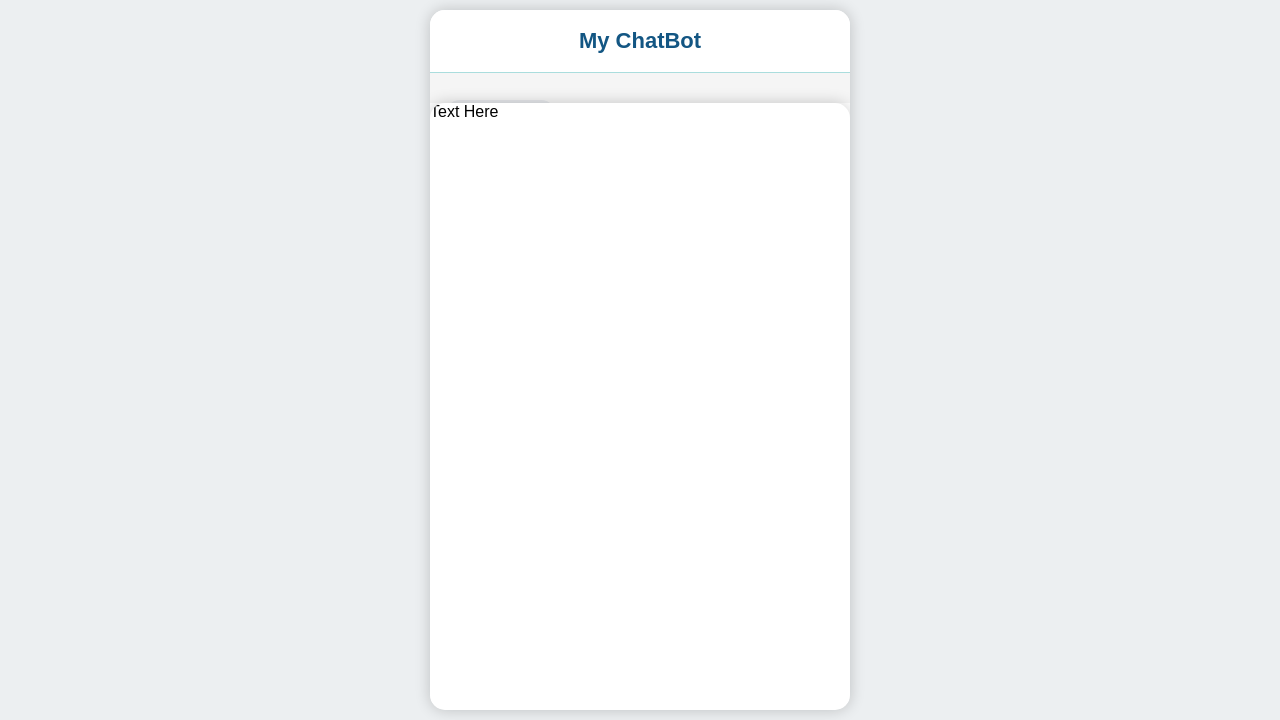
Repository: nt269782-web/Offline-ChatBot
Page: front.html
The author's editor kept a copy of each file at every save. The page is drawn from the files as they stood at one save, then again after a run of saves.
The browser window is 1280 px wide. The pictures show the whole page.

Above is the page before, as saved 2026-07-08 12:41:35.

After the next 2 saves:
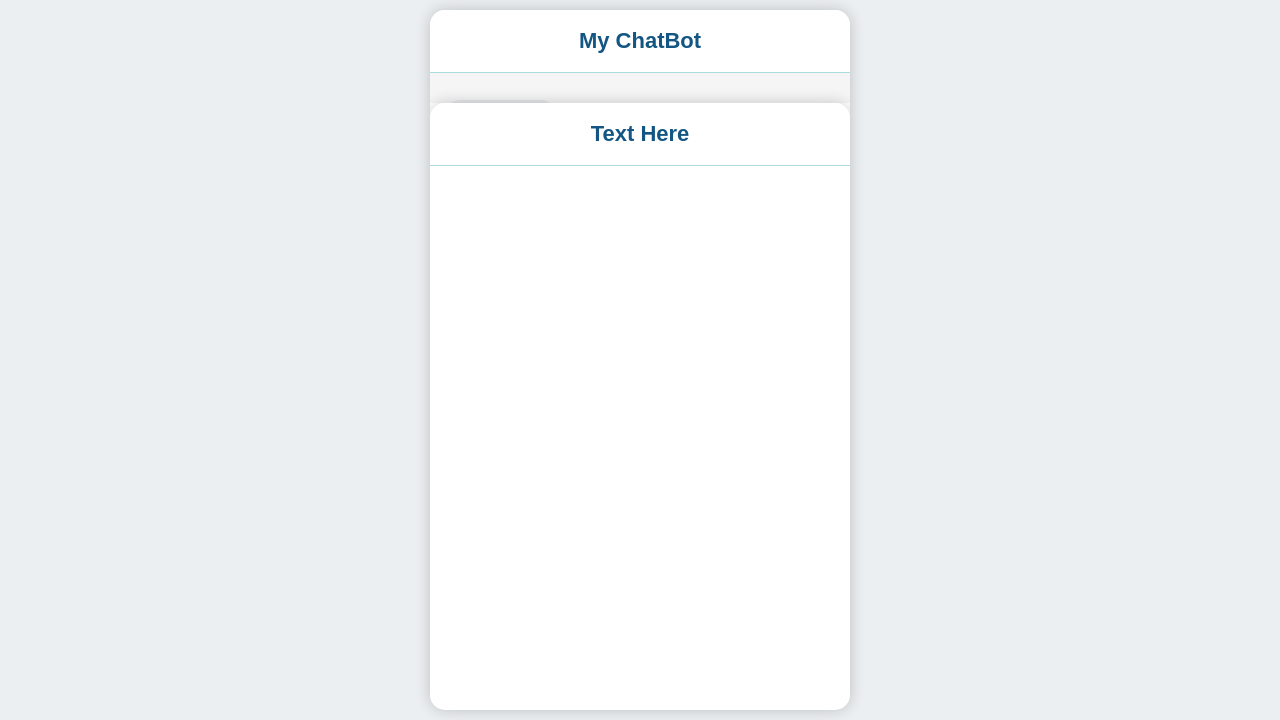
The 2 saves are shown as one change because they came seconds apart.
The last was saved 7 s later.
--- a/front.html
+++ b/front.html
@@ -85,7 +85,7 @@
             color:#fff;
         }
 
-                .header{
+        .headerdown{
             background-color: rgb(255, 255, 255);
             color: #135683;
             text-align: center;
